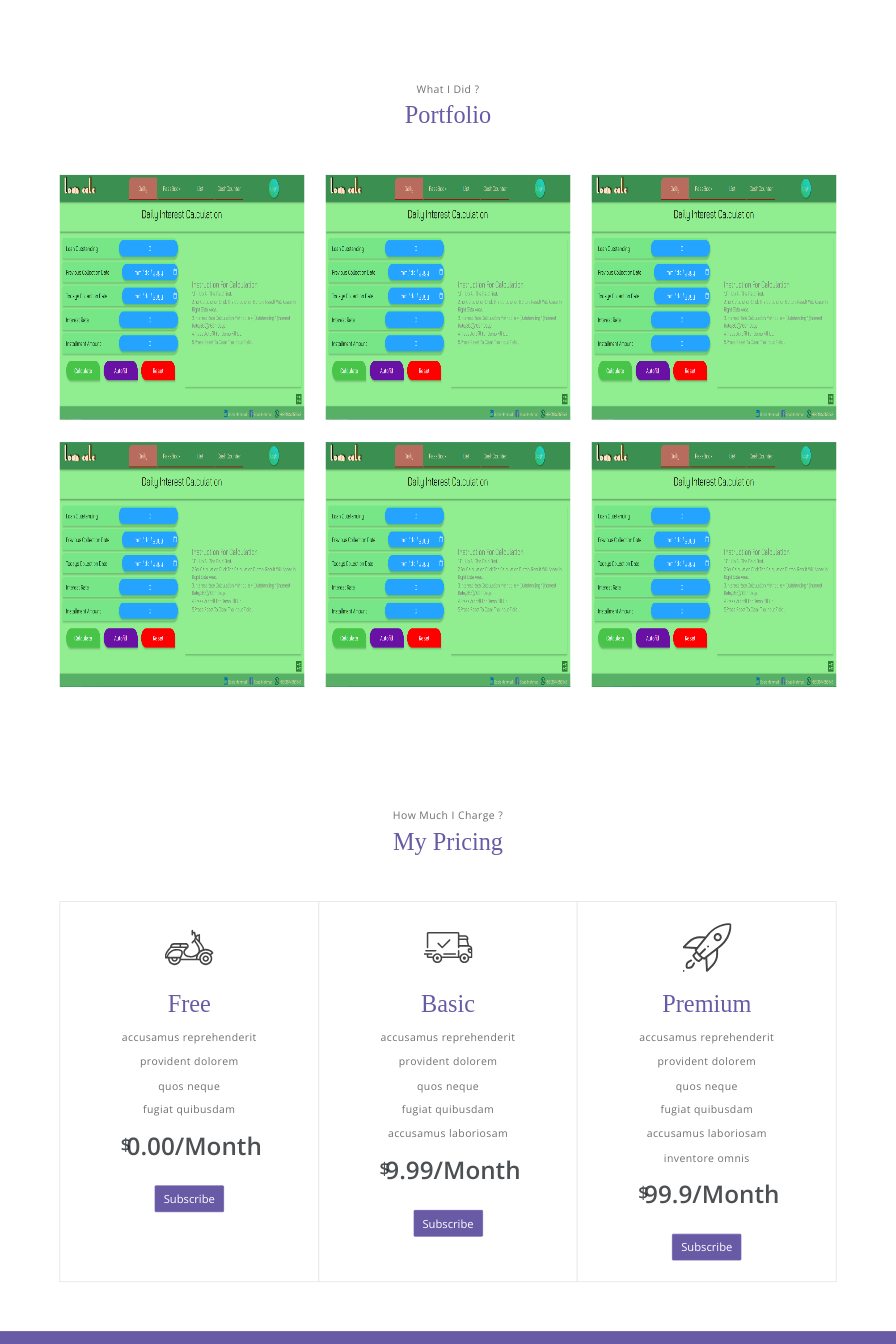
Repository: Soab42/portfolio
Page: /
The author's editor kept a copy of each file at every save. The page is drawn from the files as they stood at one save, then again after the next save.
The browser window is 1280 px wide. The pictures show the part of the page from y = 1711 to 3631 px (the page is 5850 px tall before and 5468 px after), at 70% of full size.
Some web fonts or font styles are not loaded; a fallback is used. The project was rebuilt for these pictures with package versions that can differ from the ones it lists, and the page was loaded fresh each time. The framework's server and built-in components were replaced by stand-ins that run in the browser. Also part of the build but not shown: next.config.js.

Above is the page before, as saved 2023-10-09 15:16:27.

### app/layout.js
import "./globals.css";

export const metadata = {
  title: "syfuddhin",
  description: "Portfolio application for Soab Mahmud Syfuddhin",
};

export default function RootLayout({ children }) {
  return (
    <html lang="en">
      <body>{children}</body>
    </html>
  );
}

### app/page.js
/* eslint-disable @next/next/no-sync-scripts */
"use client";

import Nav from "@/components/Nav";
import "../public/assets/css/meyawo.css";
import "./globals.css";
import { useEffect, useState } from "react";
import Heaader from "@/components/Heaader";
import About from "@/components/About";
import Service from "@/components/Service";
import Portfolio from "@/components/Portfolio";
import Pricing from "@/components/Pricing";
import Testmonial from "@/components/Testmonial";
import Contact from "@/components/Contact";
import Footer from "@/components/Footer";
import Blog from "@/components/Blog";
import Hire from "@/components/Hire";

export default function Home() {
  // Function to update scroll position
  const [scroll, setScroll] = useState(false);
  const updateScrollPosition = () => {
    const currentPosition =
      window.pageYOffset || document.documentElement.scrollTop;
    if (currentPosition >= 600) {
      setScroll(true);
    } else {
      setScroll(false);
    }
  };
  // Add scroll event listener on component mount
  useEffect(() => {
    window.addEventListener("scroll", updateScrollPosition);
    return () => {
      // Clean up the event listener on component unmount
      window.removeEventListener("scroll", updateScrollPosition);
    };
  }, []);

  return (
    <body style={{ position: "relative" }}>
      {/* <!-- Page Navbar --> */}
      <Nav scroll={scroll} />
      {/* <!-- End of Page Navbar --> */}
      {/* <!-- page header --> */}
      <Heaader />
      {/* <!-- end of page header --> */}
      {/* <!-- about section --> */}
      <About />
      {/* <!-- end of about section --> */}
      {/* <!-- service section --> */}
      <Service />
      {/* <!-- end of service section --> */}
      {/* <!-- portfolio section --> */}
      <Portfolio />
      {/* <!-- end of portfolio section --> */}
      {/* <!-- pricing section --> */}
      <Pricing />
      {/* <!-- end of pricing section --> */}
      {/* <!-- section --> */}
      <Hire />
      {/* <!-- end of section --> */}
      {/* <!-- testimonial section --> */}
      <Testmonial />
      {/* <!-- end of testimonial section --> */}
      {/* <!-- blog section --> */}
      <Blog />
      {/* <!-- end of blog section --> */}
      {/* <!-- contact section --> */}
      <Contact />
      {/* <!-- end of contact section --> */}
      {/* <!-- footer --> */}
      <Footer />
    </body>
  );
}

### app/globals.css
:root {
  --max-width: 1100px;
  --border-radius: 12px;
  --font-mono: ui-monospace, Menlo, Monaco, "Cascadia Mono", "Segoe UI Mono",
    "Roboto Mono", "Oxygen Mono", "Ubuntu Monospace", "Source Code Pro",
    "Fira Mono", "Droid Sans Mono", "Courier New", monospace;

  --foreground-rgb: 0, 0, 0;
  --background-start-rgb: 214, 219, 220;
  --background-end-rgb: 255, 255, 255;

  --primary-glow: conic-gradient(
    from 180deg at 50% 50%,
    #16abff33 0deg,
    #0885ff33 55deg,
    #54d6ff33 120deg,
    #0071ff33 160deg,
    transparent 360deg
  );
  --secondary-glow: radial-gradient(
    rgba(255, 255, 255, 1),
    rgba(255, 255, 255, 0)
  );

  --tile-start-rgb: 239, 245, 249;
  --tile-end-rgb: 228, 232, 233;
  --tile-border: conic-gradient(
    #00000080,
    #00000040,
    #00000030,
    #00000020,
    #00000010,
    #00000010,
    #00000080
  );

  --callout-rgb: 238, 240, 241;
  --callout-border-rgb: 172, 175, 176;
  --card-rgb: 180, 185, 188;
  --card-border-rgb: 131, 134, 135;
}

@media (prefers-color-scheme: dark) {
  :root {
    --foreground-rgb: 255, 255, 255;
    --background-start-rgb: 0, 0, 0;
    --background-end-rgb: 0, 0, 0;

    --primary-glow: radial-gradient(rgba(1, 65, 255, 0.4), rgba(1, 65, 255, 0));
    --secondary-glow: linear-gradient(
      to bottom right,
      rgba(1, 65, 255, 0),
      rgba(1, 65, 255, 0),
      rgba(1, 65, 255, 0.3)
    );

    --tile-start-rgb: 2, 13, 46;
    --tile-end-rgb: 2, 5, 19;
    --tile-border: conic-gradient(
      #ffffff80,
      #ffffff40,
      #ffffff30,
      #ffffff20,
      #ffffff10,
      #ffffff10,
      #ffffff80
    );

    --callout-rgb: 20, 20, 20;
    --callout-border-rgb: 108, 108, 108;
    --card-rgb: 100, 100, 100;
    --card-border-rgb: 200, 200, 200;
  }
}

* {
  box-sizing: border-box;
  padding: 0;
  margin: 0;
}

html,
body {
  max-width: 100vw;
  overflow-x: hidden;
  position: relative;
}

body {
  color: rgb(var(--foreground-rgb));
  background: linear-gradient(
      to bottom,
      transparent,
      rgb(var(--background-end-rgb))
    )
    rgb(var(--background-start-rgb));
}

a {
  color: inherit;
  text-decoration: none;
}

@media (prefers-color-scheme: dark) {
  html {
    color-scheme: dark;
  }
}

.modal {
  display: flex;
  justify-content: center;
  align-items: center;
  background: #1ad3a598;
  position: absolute;
  top: 0;
  bottom: 0;
  right: 0;
  left: 0;
}

### components/Nav.js
import { setupNavigation } from "@/public/assets/js/soab";
import React from "react";

export default function Nav({ scroll }) {
  return (
    <nav className={`custom-navbar ${scroll && "affix"}`}>
      <div className="container">
        <a className="logo" href="#">
          .Syfuddhin
        </a>
        <ul className="nav">
          <li className="item">
            <a className="link" href="#home">
              Home
            </a>
          </li>
          <li className="item">
            <a className="link" href="#about">
              About
            </a>
          </li>
          <li className="item">
            <a className="link" href="#portfolio">
              Portfolio
            </a>
          </li>
          <li className="item">
            <a className="link" href="#testmonial">
              Testmonial
            </a>
          </li>
          <li className="item">
            <a className="link" href="#blog">
              Blog
            </a>
          </li>
          <li className="item">
            <a className="link" href="#contact">
              Contact
            </a>
          </li>
          <li className="item ml-md-3">
            <a href="components.html" className="btn btn-primary">
              Components
            </a>
          </li>
        </ul>
        <btn
          href="#"
          id="nav-toggle"
          onClick={() => setupNavigation()}
          className="hamburger hamburger--elastic"
        >
          <div className="hamburger-box">
            <div className="hamburger-inner"></div>
          </div>
        </btn>
      </div>
    </nav>
  );
}

### components/Heaader.js
import React from "react";

export default function Heaader() {
  return (
    <header id="home" className="header">
      <div className="overlay"></div>
      <div className="header-content container">
        <h1 className="header-title">
          <span className="up">HI!</span>
          <span className="down">I am Soab Mahmud </span>
        </h1>
        <p className="header-subtitle">FRONTEND WEB DEVELOPER</p>

        <a href="#portfolio" className="btn btn-primary">
          Visit My Works
        </a>
      </div>
    </header>
  );
}

### components/About.js
import Image from "next/image";
import React from "react";

export default function About() {
  return (
    <section className="section pt-5 bg-white" id="about">
      {/* <!-- container --> */}
      <div className="container text-center">
        {/* <!-- about wrapper --> */}
        <div className="about">
          <div className="about-img-holder">
            <Image
              width={600}
              height={400}
              src="/assets/imgs/man.png"
              className="about-img"
              alt="Download free bootstrap 4 landing page, free boootstrap 4 templates, Download free bootstrap 4.1 landing page, free boootstrap 4.1.1 templates, meyawo Landing page"
            />
          </div>
          <div className="about-caption">
            <p className="section-subtitle">Who Am I ?</p>
            <h2 className="section-title mb-3">About Me</h2>
            <div>
              <span>
                I am a dedicated web developer with a passion for creating
                digital experiences that leave a mark.
              </span>

              <span>
                Beyond the screen, I&apos;m a sports enthusiast, finding joy in
                playing cricket and football under the open sky. Traveling is my
                escape, as it exposes me to diverse cultures and fuels my
                creativity. Writing is not just a skill; it&apos;s an art form I
                cherish. Honesty is my cornerstone, and teamwork is my strength.
              </span>
              <span>
                I&apos;m a diligent, quick learner who thrives on challenges and
                embraces them as opportunities. My hunger for knowledge is
                insatiable, and I relish acquiring new skills and exploring the
                ever-evolving world of web development. Every day is a chance to
                grow and innovate.
                <hr />
              </span>
            </div>
            <button className="btn-rounded btn btn-outline-primary mt-4">
              Download CV
            </button>
          </div>
        </div>
        {/* <!-- end of about wrapper --> */}
      </div>
      {/* <!-- end of container --> */}
    </section>
  );
}

### components/Portfolio.js
import { projects } from "@/data/projects";
import Image from "next/image";
import ProjectsCard from "./ProjectsCard";

export default function Portfolio() {
  return (
    <section className="section bg-white" id="portfolio">
      <div className="container text-center">
        <p className="section-subtitle">What I Did ?</p>
        <h5 className="section-title mb-6">Portfolio</h5>

        {/* <!-- row --> */}
        <div className="row">
          {projects.map((project) => (
            <ProjectsCard key={project.imgLink} project={project} />
          ))}
          {/* <div className="col-md-4">
            <a href="#" className="portfolio-card">
              <Image
                width={350}
                height={350}
                src="/assets/imgs/folio-1.jpg"
                className="portfolio-card-img"
                alt="Download free bootstrap 4 landing page, free boootstrap 4 templates, Download free bootstrap 4.1 landing page, free boootstrap 4.1.1 templates, meyawo Landing page"
              />
              <span className="portfolio-card-overlay">
                <span className="portfolio-card-caption">
                  <h4>Web Designing</h4>
                  <p className="font-weight-normal">Category: Web Templates</p>
                </span>
              </span>
            </a>
          </div>
          <div className="col-md-4">
            <a href="#" className="portfolio-card">
              <Image
                width={350}
                height={350}
                className="portfolio-card-img img-responsive rounded"
                src="/assets/imgs/folio-2.jpg"
                alt="Download free bootstrap 4 landing page, free boootstrap 4 templates, Download free bootstrap 4.1 landing page, free boootstrap 4.1.1 templates, meyawo Landing page"
              />
              <span className="portfolio-card-overlay">
                <span className="portfolio-card-caption">
                  <h4>Web Designing</h4>
                  <p className="font-weight-normal">Category: Web Templates</p>
                </span>
              </span>
            </a>
          </div>
          <div className="col-md-4">
            <a href="#" className="portfolio-card">
              <Image
                width={350}
                height={350}
                className="portfolio-card-img img-responsive rounded"
                src="/assets/imgs/folio-3.jpg"
                alt="Download free bootstrap 4 landing page, free boootstrap 4 templates, Download free bootstrap 4.1 landing page, free boootstrap 4.1.1 templates, meyawo Landing page"
              />
              <span className="portfolio-card-overlay">
                <span className="portfolio-card-caption">
                  <h4>Web Designing</h4>
                  <p className="font-weight-normal">Category: Web Templates</p>
                </span>
              </span>
            </a>
          </div> */}
        </div>
        {/* <!-- end of row --> */}
      </div>
      {/* <!-- end of container --> */}
    </section>
  );
}

### components/Testmonial.js
import Image from "next/image";
import React from "react";

export default function Testmonial() {
  return (
    <section className="section bg-white" id="testmonial">
      <div className="container text-center">
        <p className="section-subtitle">What Think Client About Me ?</p>
        <h5 className="section-title mb-6">Testmonial</h5>

        {/* <!-- row --> */}
        <div className="row">
          <div className="col-md-6">
            <div className="testimonial-card">
              <div className="testimonial-card-img-holder">
                <Image
                  width={80}
                  height={70}
                  src="/assets/imgs/avatar2.jpg"
                  className="testimonial-card-img"
                  alt="Download free bootstrap 4 landing page, free boootstrap 4 templates, Download free bootstrap 4.1 landing page, free boootstrap 4.1.1 templates, meyawo Landing page"
                />
              </div>
              <div className="testimonial-card-body">
                <p className="testimonial-card-subtitle">
                  Lorem ipsum dolor sit amet, consectetur adipisicing elit.
                  Eaque doloribus autem aperiam earum nostrum omnis blanditiis
                  corporis perspiciatis adipisci nihil.
                </p>
                <h5 className="testimonial-card-title">Emily Reb</h5>
              </div>
            </div>
          </div>
          <div className="col-md-6">
            <div className="testimonial-card">
              <div className="testimonial-card-img-holder">
                <Image
                  width={80}
                  height={70}
                  src="/assets/imgs/avatar3.jpg"
                  className="testimonial-card-img"
                  alt="Download free bootstrap 4 landing page, free boootstrap 4 templates, Download free bootstrap 4.1 landing page, free boootstrap 4.1.1 templates, meyawo Landing page"
                />
              </div>
              <div className="testimonial-card-body">
                <p className="testimonial-card-subtitle">
                  Lorem ipsum dolor sit amet, consectetur adipisicing elit.
                  Eaque doloribus autem aperiam earum nostrum omnis blanditiis
                  corporis perspiciatis adipisci nihil.
                </p>
                <h5 className="testimonial-card-title">Emily Reb</h5>
              </div>
            </div>
          </div>
        </div>
      </div>
      {/* <!-- end of container --> */}
    </section>
  );
}

### components/Contact.js
import React from "react";

export default function Contact() {
  return (
    <section className="section bg-white" id="contact">
      <div className="container text-center">
        <p className="section-subtitle">How can you communicate?</p>
        <h5 className="section-title mb-5">Contact Me</h5>

        {/* <!-- contact form --> */}
        <form action="" className="contact-form col-md-10 col-lg-8 m-auto">
          <div className="form-row">
            <div className="form-group col-sm-6">
              <input
                type="text"
                size="50"
                className="form-control"
                placeholder="Your Name"
                required={true}
              />
            </div>
            <div className="form-group col-sm-6">
              <input
                type="email"
                className="form-control"
                placeholder="Enter Email"
                required={true}
              />
            </div>
            <div className="form-group col-sm-12">
              <textarea
                name="comment"
                id="comment"
                rows="6"
                className="form-control"
                placeholder="Write Something"
              ></textarea>
            </div>
            <div className="form-group col-sm-12 mt-3">
              <input
                type="submit"
                value="Send Message"
                className="btn btn-outline-primary rounded"
              />
            </div>
          </div>
        </form>
        {/* <!-- end of contact form --> */}
      </div>
      {/* <!-- end of container --> */}
    </section>
  );
}

### components/Footer.js
import React from "react";
import {
  FaFacebook,
  FaFacebookF,
  FaGithub,
  FaGoogle,
  FaInstagram,
  FaLinkedin,
  FaLinkedinIn,
  FaWhatsapp,
} from "react-icons/fa";
import {
  TiMail,
  TiSocialFacebook,
  TiSocialGithub,
  TiSocialInstagram,
  TiSocialLinkedin,
} from "react-icons/ti";

export default function Footer() {
  return (
    <div className="footerDiv bg-white">
      <footer className="footer ">
        <p className="mb-0">
          Copyright {new Date().getFullYear()}
          &copy;SYFUDDHIN
        </p>
        <div className="social-links text-right m-auto ml-sm-auto">
          <a href="#" className="link">
            <FaFacebookF />
          </a>
          <a href="#" className="link">
            <FaGoogle />
          </a>
          <a href="#" className="link">
            <FaInstagram />
          </a>

          <a href="#" className="link">
            <FaGithub />
          </a>
          <a href="#" className="link">
            <FaLinkedinIn />
          </a>
          <a href="#" className="link">
            <FaWhatsapp />
          </a>
        </div>
      </footer>
    </div>
  );
}

### components/Hire.js
import React from "react";

export default function Hire() {
  return (
    <section className="section-sm bg-primary ">
      {/* <!-- container --> */}
      <div className="container text-center text-sm-left">
        {/* <!-- row --> */}
        <div className="row align-items-center">
          <div className="col-sm offset-md-1 mb-4 mb-md-0">
            <h5 className="title text-light">Want to work with me?</h5>
            <p className="m-0 text-light">
              Always feel Free to Contact & Hire me
            </p>
          </div>
          <div className="col-sm offset-sm-2 offset-md-3">
            <button className="btn btn-lg my-font btn-light rounded">
              Hire Me
            </button>
          </div>
        </div>
        {/* <!-- end of row --> */}
      </div>
      {/* <!-- end of container --> */}
    </section>
  );
}

### public/assets/js/soab.js
export function setupNavigation() {
  var button = document.getElementById("nav-toggle");

  console.log(button);

  button.classList.toggle("is-active");
  var navList = document.querySelector("ul.nav");
  if (navList) {
    navList.classList.toggle("show");
  }
}

### data/projects.js
export const projects = [
  {
    imgLink: "/assets/imgs/loancalc.png",
    title: "Loan Calculator",
    category: "Web Development",
  },
  {
    imgLink: "/assets/imgs/loancalc.png",
    title: "Loan Calculator",
    category: "Web Development",
  },
  {
    imgLink: "/assets/imgs/loancalc.png",
    title: "Loan Calculator",
    category: "Web Development",
  },
  {
    imgLink: "/assets/imgs/loancalc.png",
    title: "Loan Calculator",
    category: "Web Development",
  },
  {
    imgLink: "/assets/imgs/loancalc.png",
    title: "Loan Calculator",
    category: "Web Development",
  },
  {
    imgLink: "/assets/imgs/loancalc.png",
    title: "Loan Calculator",
    category: "Web Development",
  },
];

### components/ProjectsCard.js
import Image from "next/image";
import Modal from "./Modal";

export default function ProjectsCard({ project }) {
  const { imgLink, title, category } = project;
  function openModal(e) {}
  return (
    <div className="col-md-4">
      <Modal>
        <div>hi</div>
      </Modal>
      <div onClick={openModal} className="portfolio-card">
        <Image
          width={450}
          height={350}
          src={imgLink}
          className="portfolio-card-img"
          alt="Download free bootstrap 4 landing page, free boootstrap 4 templates, Download free bootstrap 4.1 landing page, free boootstrap 4.1.1 templates, meyawo Landing page"
        />
        <span className="portfolio-card-overlay">
          <span className="portfolio-card-caption">
            <h4>{title}</h4>
            <p className="font-weight-normal">Category: {category}</p>
          </span>
        </span>
      </div>
    </div>
  );
}

### components/Modal.js
import React from "react";

export default function Modal({ children }) {
  return <div className="modal">{children}</div>;
}

Loaded but not shown: public/assets/css/meyawo.css (library); components/Pricing.js (112 lines, source omitted); components/Blog.js (108 lines, source omitted); components/Service.js (91 lines, source omitted)

After the next save:
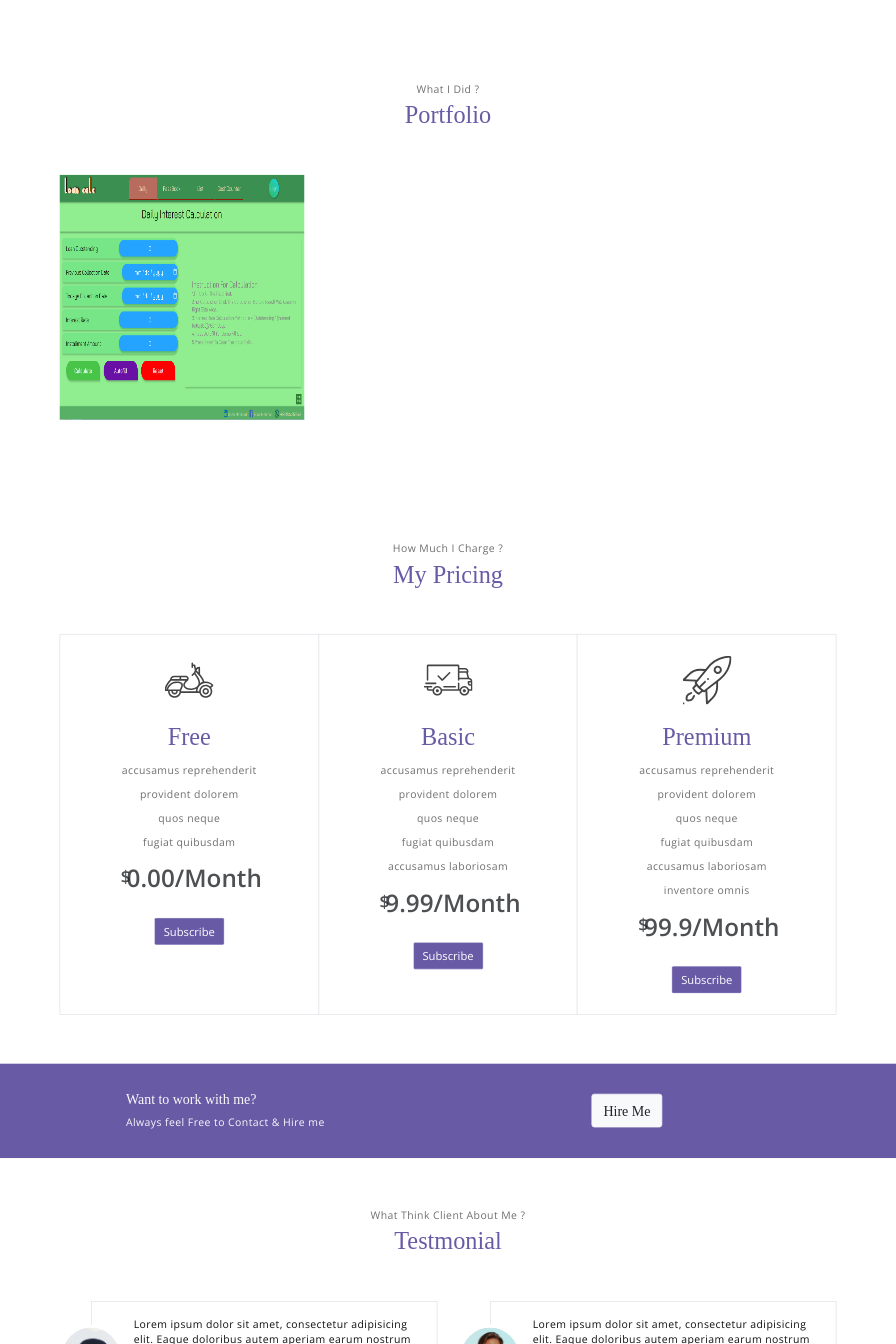
Saved 25 s later.
--- a/data/projects.js
+++ b/data/projects.js
@@ -4,29 +4,29 @@ export const projects = [
     title: "Loan Calculator",
     category: "Web Development",
   },
-  {
-    imgLink: "/assets/imgs/loancalc.png",
-    title: "Loan Calculator",
-    category: "Web Development",
-  },
-  {
-    imgLink: "/assets/imgs/loancalc.png",
-    title: "Loan Calculator",
-    category: "Web Development",
-  },
-  {
-    imgLink: "/assets/imgs/loancalc.png",
-    title: "Loan Calculator",
-    category: "Web Development",
-  },
-  {
-    imgLink: "/assets/imgs/loancalc.png",
-    title: "Loan Calculator",
-    category: "Web Development",
-  },
-  {
-    imgLink: "/assets/imgs/loancalc.png",
-    title: "Loan Calculator",
-    category: "Web Development",
-  },
+  // {
+  //   imgLink: "/assets/imgs/loancalc.png",
+  //   title: "Loan Calculator",
+  //   category: "Web Development",
+  // },
+  // {
+  //   imgLink: "/assets/imgs/loancalc.png",
+  //   title: "Loan Calculator",
+  //   category: "Web Development",
+  // },
+  // {
+  //   imgLink: "/assets/imgs/loancalc.png",
+  //   title: "Loan Calculator",
+  //   category: "Web Development",
+  // },
+  // {
+  //   imgLink: "/assets/imgs/loancalc.png",
+  //   title: "Loan Calculator",
+  //   category: "Web Development",
+  // },
+  // {
+  //   imgLink: "/assets/imgs/loancalc.png",
+  //   title: "Loan Calculator",
+  //   category: "Web Development",
+  // },
 ];
